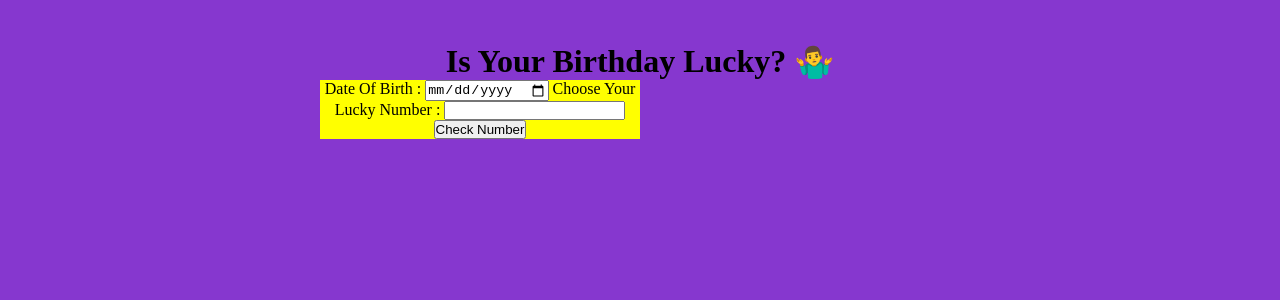
Repository: patelamancode/Lucky-Birthday-App
Page: index.html
These files come from the project's save history. The page is drawn as it stood at one moment and after the next save; the edit follows.
The browser window is 1280 px wide. The pictures show the whole page.

Above is the page before, as saved 2022-11-21 16:53:22.

### index.html
<!DOCTYPE html>
<html lang="en">
<head>
    <meta charset="UTF-8">
    <meta http-equiv="X-UA-Compatible" content="IE=edge">
    <meta name="viewport" content="width=device-width, initial-scale=1.0">
    <link rel="stylesheet" href="index.css">
    <title>Is your birthday lucky</title>
</head>
<body>
    <div id="main-container">
        <h1 class="app-title">Is Your Birthday Lucky? 🤷‍♂️</h1>
        <div class="content">
        <label for="date-of-birth" class="dob">Date Of Birth :</label>
        <input type="date" class="selected-dob">
        <label for="lucky-number" class="favourite-number">Choose Your Lucky Number :</label>
        <input type="number" class="user-number">
        <button id="check-btn">Check Number</button>
        </div>
    </div>

</body>
</html>

### index.css
*{
    margin: 0;
    padding: 0;
}
 body{
    background-color: rgb(134, 55, 207);
 }

 #main-container {
    display: flex;
    flex-direction: column;
    width: 50vw;
    margin: auto;
    margin-top: 2rem;
    padding: 10px;
    text-align: center;
 }
 .content{
    background-color: yellow;
    width: 50%;
 }

After the next save:
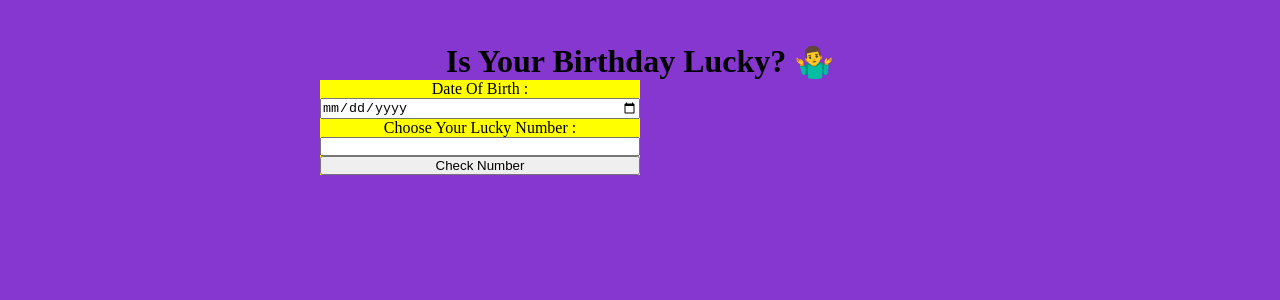
Saved 27 s later.
--- a/index.css
+++ b/index.css
@@ -18,4 +18,7 @@
  .content{
     background-color: yellow;
     width: 50%;
+    text-align: center;
+    display: flex;
+    flex-direction: column;
  }
